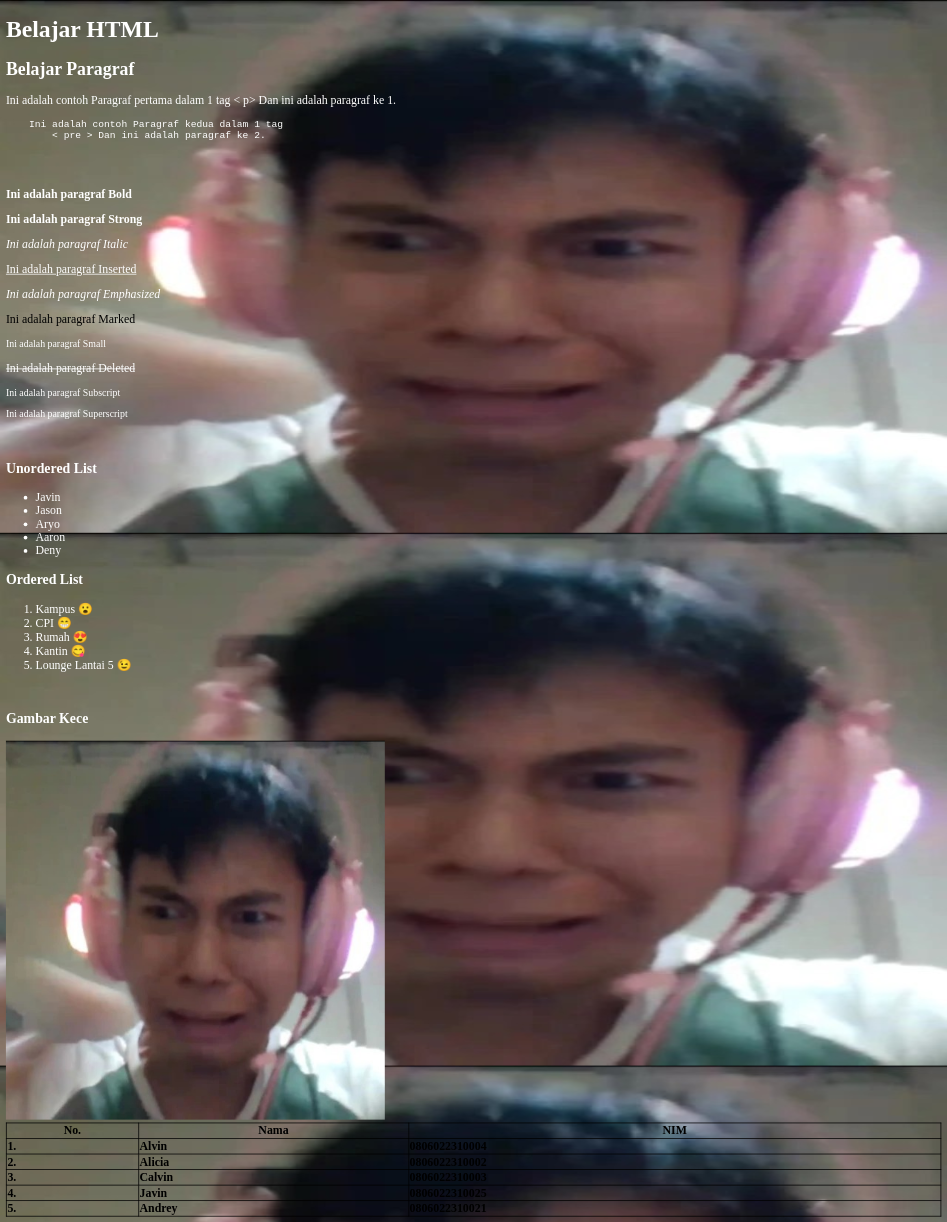
Repository: Gibekkk/WebPro
Page: Tugas HTML 1/index.html
An editor plug-in stored every save of this project. The page is shown before and after the next save, followed by the edit.
The browser window is 1280 px wide. The pictures show the whole page, at 74% of full size.
Backgrounds fixed to the window are drawn as part of the page.

Above is the page before, as saved 2024-03-25 10:35:07.

After the next save:
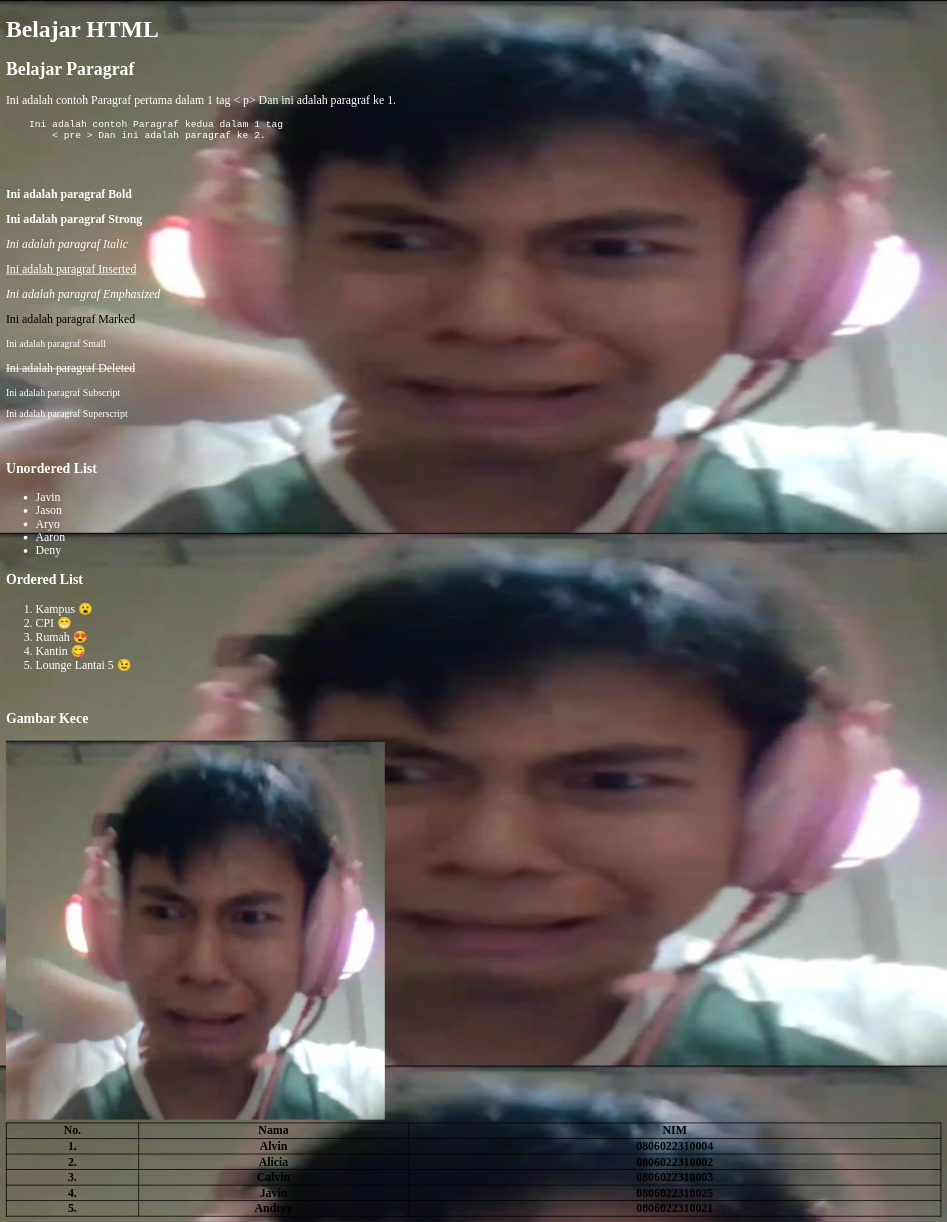
Saved 4 s later.
--- a/Tugas HTML 1/index.html
+++ b/Tugas HTML 1/index.html
@@ -18,7 +18,7 @@
 
         table {
             width: 100%;
-            tex
+            text-align: center;
         }
     </style>
 </head>
